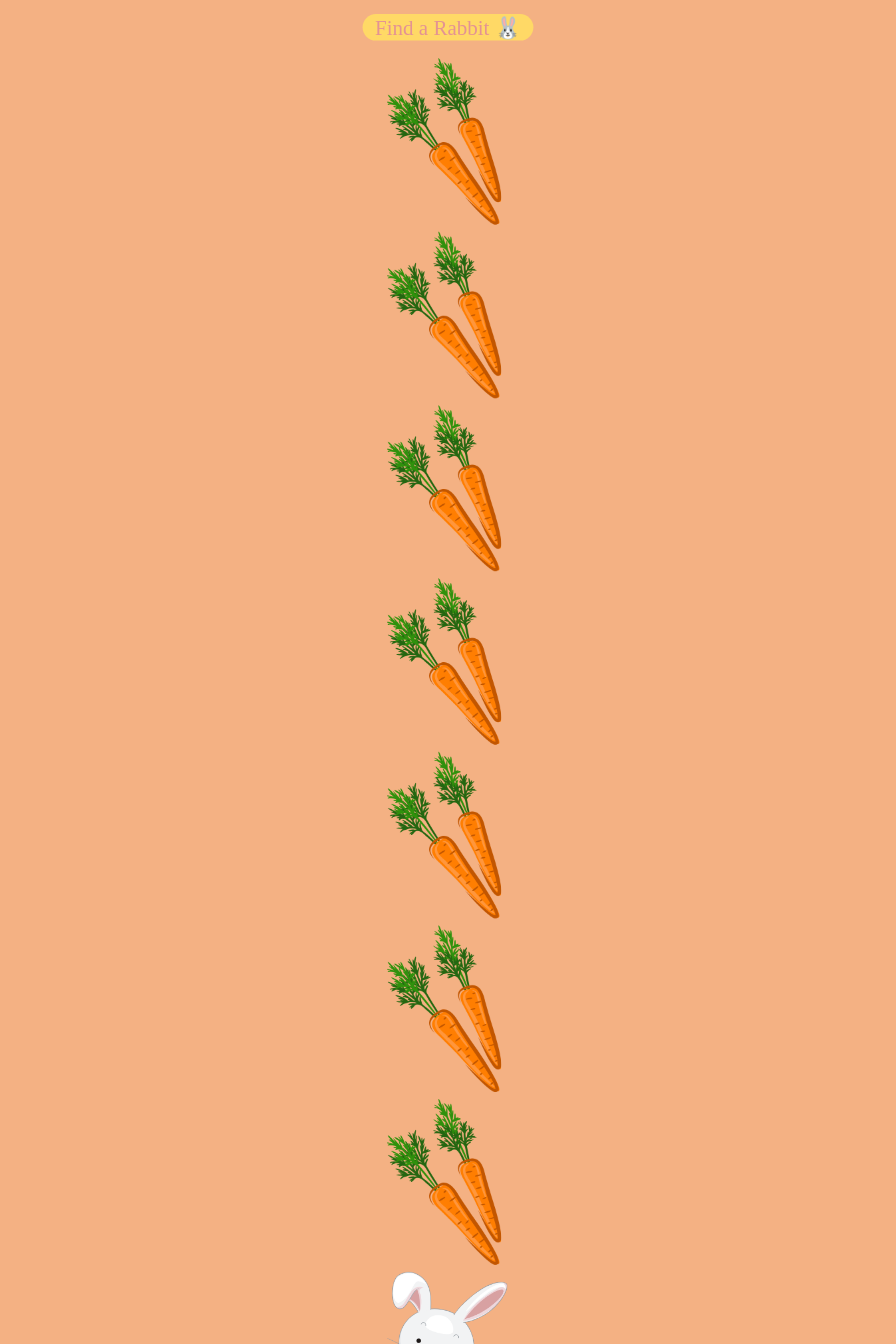
Repository: sephinejo/frontend-browser-101
Page: browser/practice-find-rabbit/index.html
An editor plug-in stored every save of this project. The page is shown before and after the next save, followed by the edit.
The browser window is 1280 px wide. The pictures show the part of the page from y = 0 to 1920 px (the page is 3019 px tall before and 3029 px after), at 70% of full size.
Some web fonts or font styles are not loaded; a fallback is used.

Above is the page before, as saved 2023-05-10 21:20:12.

After the next save:
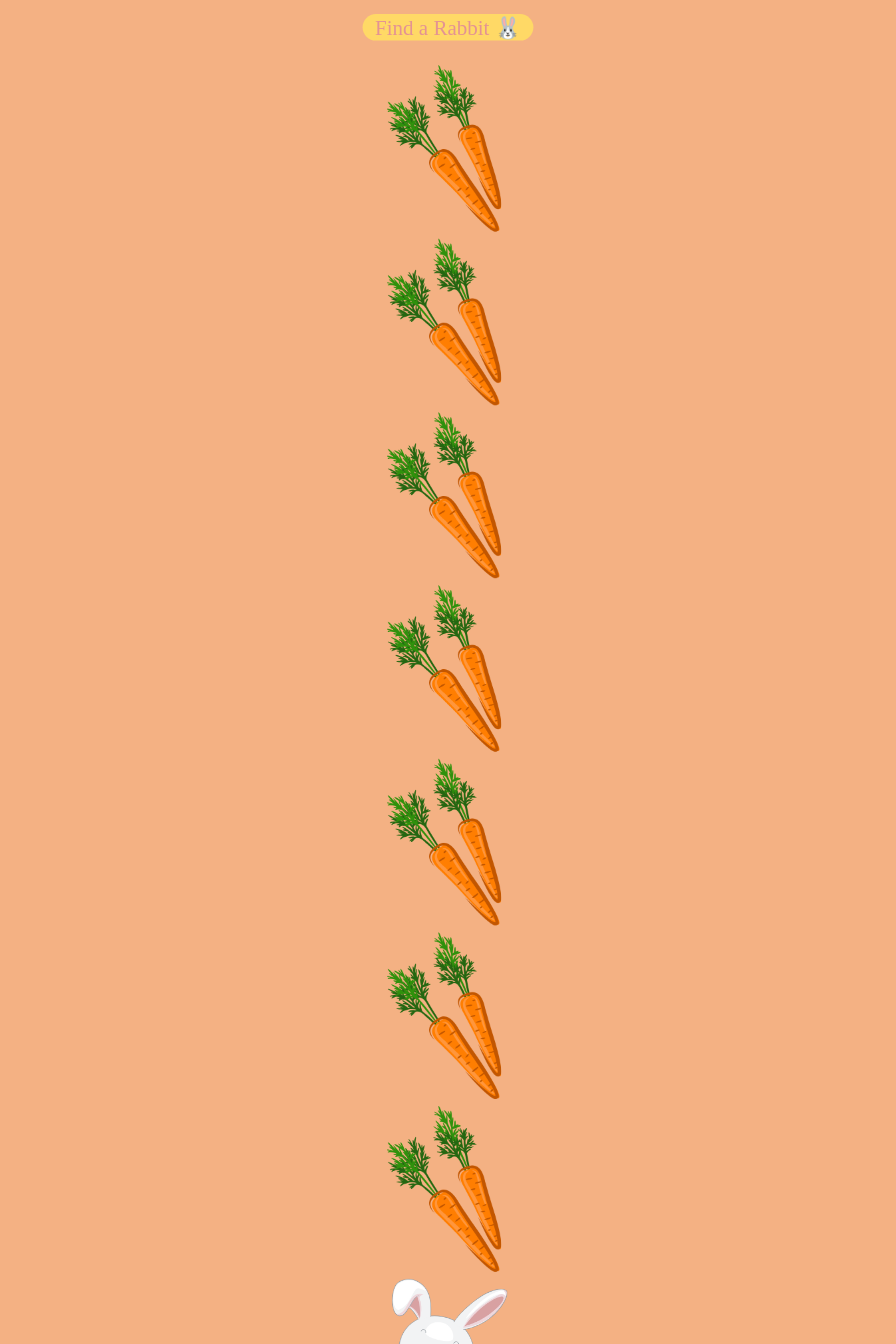
Saved 35 s later.
--- a/browser/practice-find-rabbit/index.html
+++ b/browser/practice-find-rabbit/index.html
@@ -22,7 +22,7 @@
       button {
         border-style: none;
         border-radius: 1.3rem;
-        margin: 20px 0;
+        margin: 20px 0 30px 0;
         padding: 1.5px 18px;
         background-color: #ffd966;
         color: #e49393;
